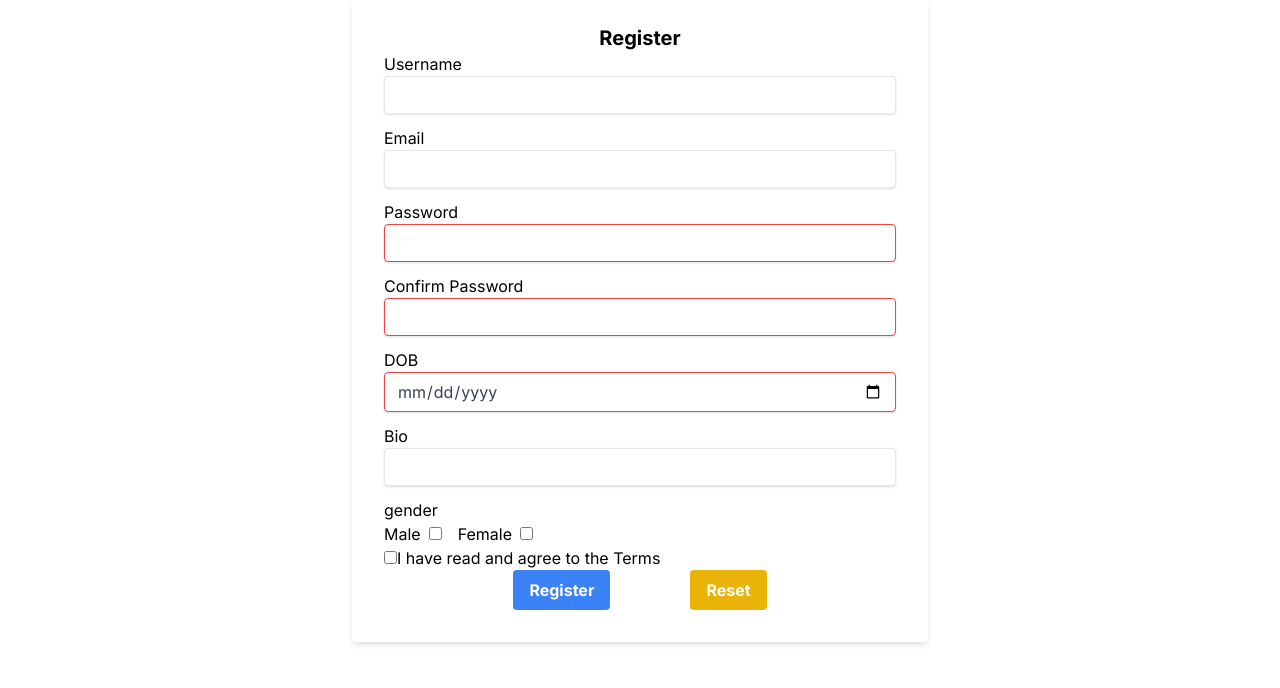
Repository: uh-sman/tiktok-card
Page: /
An editor plug-in stored every save of this project. The page is shown before and after the next save, followed by the edit.
The browser window is 1280 px wide. The pictures show the whole page.
The project was rebuilt for these pictures with package versions that can differ from the ones it lists, and the page was loaded fresh each time. The framework's server and built-in components were replaced by stand-ins that run in the browser. Also part of the build but not shown: next.config.js.

Above is the page before, as saved 2023-12-19 14:40:36.

### app/page.tsx
'use client'
// import Input from "./components/Input";
import { FieldValues, SubmitHandler, useForm } from "react-hook-form";
import AuthForm from "./components/AuthForm";
type FormValues = {
  name: string,
      email: string,
      password: string,
      confirmPassword: string,
      DateOfBirth: string,
      Bio: string,
      gender: string,
      termsAndConditions: string
}

export default function Home() {
  return (
    <div className="flex justify-center items-center">
      <AuthForm />
    </div>
  )
}



{/* <form class="max-w-sm mx-auto">
  <div class="mb-5">
    <label for="email" class="block mb-2 text-sm font-medium text-gray-900 dark:text-white">Your email</label>
    <input type="email" id="email" class="bg-gray-50 border border-gray-300 text-gray-900 text-sm rounded-lg focus:ring-blue-500 focus:border-blue-500 block w-full p-2.5 dark:bg-gray-700 dark:border-gray-600 dark:placeholder-gray-400 dark:text-white dark:focus:ring-blue-500 dark:focus:border-blue-500" placeholder="name@flowbite.com" required>
  </div>
  <div class="mb-5">
    <label for="password" class="block mb-2 text-sm font-medium text-gray-900 dark:text-white">Your password</label>
    <input type="password" id="password" class="bg-gray-50 border border-gray-300 text-gray-900 text-sm rounded-lg focus:ring-blue-500 focus:border-blue-500 block w-full p-2.5 dark:bg-gray-700 dark:border-gray-600 dark:placeholder-gray-400 dark:text-white dark:focus:ring-blue-500 dark:focus:border-blue-500" required>
  </div>
  <div class="flex items-start mb-5">
    <div class="flex items-center h-5">
      <input id="remember" type="checkbox" value="" class="w-4 h-4 border border-gray-300 rounded bg-gray-50 focus:ring-3 focus:ring-blue-300 dark:bg-gray-700 dark:border-gray-600 dark:focus:ring-blue-600 dark:ring-offset-gray-800 dark:focus:ring-offset-gray-800" required>
    </div>
    <label for="remember" class="ms-2 text-sm font-medium text-gray-900 dark:text-gray-300">Remember me</label>
  </div>
  <button type="submit" class="text-white bg-blue-700 hover:bg-blue-800 focus:ring-4 focus:outline-none focus:ring-blue-300 font-medium rounded-lg text-sm w-full sm:w-auto px-5 py-2.5 text-center dark:bg-blue-600 dark:hover:bg-blue-700 dark:focus:ring-blue-800">Submit</button>
</form> */}

### app/components/AuthForm.tsx
import React from "react";
import { useForm } from "react-hook-form";
// the type of data
type UserSubmitForm = {
    username: string;
    email: string;
    password: string;
    confirmPassword: string;
    acceptTerms: boolean;
    male:boolean;
    female:boolean;
    Bio:string;
    DateOfBirth: number
  };
const AuthForm: React.FC = () => {
    // using the useForm hook from the react-hook-form package
    const {register,handleSubmit, reset} = useForm<UserSubmitForm>()
    // the onSubmit handler
    const onSubmit = (data: UserSubmitForm) => {
        console.log(data)
    }
    return (
        <div className="w-full max-w-xl">
        <form className="bg-white shadow-md rounded px-8 pt-6 pb-8 mb-4" onSubmit={handleSubmit(onSubmit)}>
        <h2 className="font-bold text-xl text-center">Register</h2>
          <div className="flex flex-col">
            <label>Username</label>
            <input
            className="shadow appearance-none border rounded w-full py-2 px-3 text-gray-700 mb-3 leading-tight focus:outline-none focus:shadow-outline"
              type="text"
            //   using the hook to handle form state
            {...register('username')}
            />
            <div className="invalid-feedback">
                </div>
          </div>

          <div className="flex flex-col">
            <label>Email</label>
            <input
            className="shadow appearance-none border rounded w-full py-2 px-3 text-gray-700 mb-3 leading-tight focus:outline-none focus:shadow-outline"
            type="text"
            {...register('email')}
            />
            <div className="invalid-feedback">
                </div>
          </div>

          <div className="flex flex-col">
            <label>Password</label>
            <input
            className="shadow appearance-none border border-red-500 rounded w-full py-2 px-3 text-gray-700 mb-3 leading-tight focus:outline-none focus:shadow-outline"
            type="password"
            {...register('password')}
            />
            <div className="invalid-feedback">
                </div>
          </div>
          <div className="flex flex-col">
            <label>Confirm Password</label>
            <input
            className="shadow appearance-none border border-red-500 rounded w-full py-2 px-3 text-gray-700 mb-3 leading-tight focus:outline-none focus:shadow-outline"
              type="password"
              {...register('confirmPassword')}
            />
            <div className="invalid-feedback">
            </div>
          </div>
          <div className="flex flex-col">
            <label>DOB</label>
            <input
            className="shadow appearance-none border border-red-500 rounded w-full py-2 px-3 text-gray-700 mb-3 leading-tight focus:outline-none focus:shadow-outline"
              type="date"
              {...register('DateOfBirth')}
            />
            <div className="invalid-feedback">
            </div>
          </div>
          <div className="flex flex-col">
            <label>Bio</label>
            <input
            className="shadow appearance-none border rounded w-full py-2 px-3 text-gray-700 mb-3 leading-tight focus:outline-none focus:shadow-outline"
            type="text"
            {...register('Bio')}
            />
            <div className="invalid-feedback">
            </div>
          </div>

          <div className="">
          <label htmlFor="gender" className="font-md">
              gender
            </label>
           <div className="flex items-center gap-4">
           <div className="">
                <label className="mr-2" htmlFor="Male">Male</label>
            <input
              type="checkbox"
              {...register('male')}
              />

            </div>
            <div className="">
                <label className="mr-2" htmlFor="Female">Female</label>
            <input
              type="checkbox"
              {...register('female')}
              />
            </div>
           </div>
            <div className="invalid-feedback">
                </div>
          </div>
          <div className="">
            <input
              type="checkbox"
              {...register('acceptTerms')}
              />
            <label htmlFor="acceptTerms" className="form-check-label">
              I have read and agree to the Terms
            </label>
            <div className="invalid-feedback">
                </div>
          </div>

          <div className="flex justify-center gap-20">
            <button type="submit" className="bg-blue-500 hover:bg-blue-700 text-white font-bold py-2 px-4 rounded focus:outline-none focus:shadow-outline">
              Register
            </button>
            <button
              type="button"
              onClick={() => reset()}
              className="bg-yellow-500 hover:bg-yellow-700 text-white font-bold py-2 px-4 rounded focus:outline-none focus:shadow-outline"
              >
              Reset
            </button>
          </div>
        </form>
      </div>
    )
}

export default AuthForm;

Loaded but not shown: app/layout.tsx (common file); app/globals.css (common file); tailwind.config.ts (common file)

After the next save:
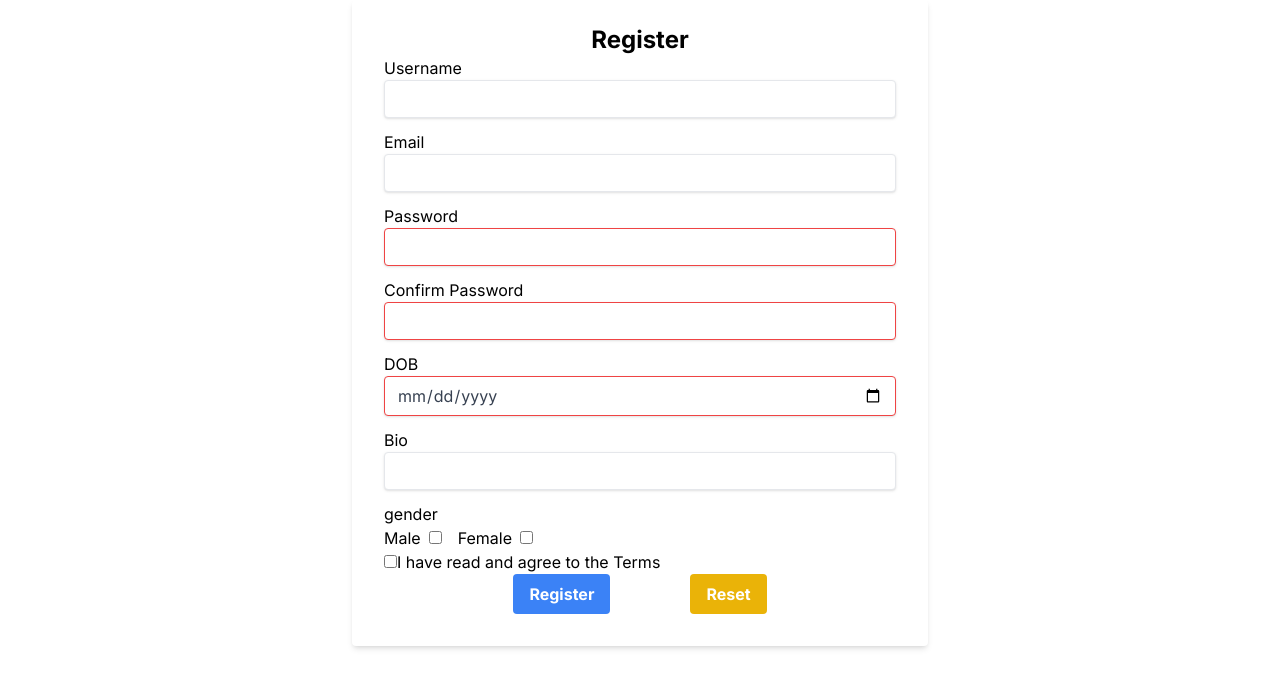
Saved 34 s later.
--- a/app/components/AuthForm.tsx
+++ b/app/components/AuthForm.tsx
@@ -22,7 +22,7 @@ const AuthForm: React.FC = () => {
     return (
         <div className="w-full max-w-xl">
         <form className="bg-white shadow-md rounded px-8 pt-6 pb-8 mb-4" onSubmit={handleSubmit(onSubmit)}>
-        <h2 className="font-bold text-xl text-center">Register</h2>
+        <h2 className="font-bold text-2xl text-center">Register</h2>
           <div className="flex flex-col">
             <label>Username</label>
             <input
